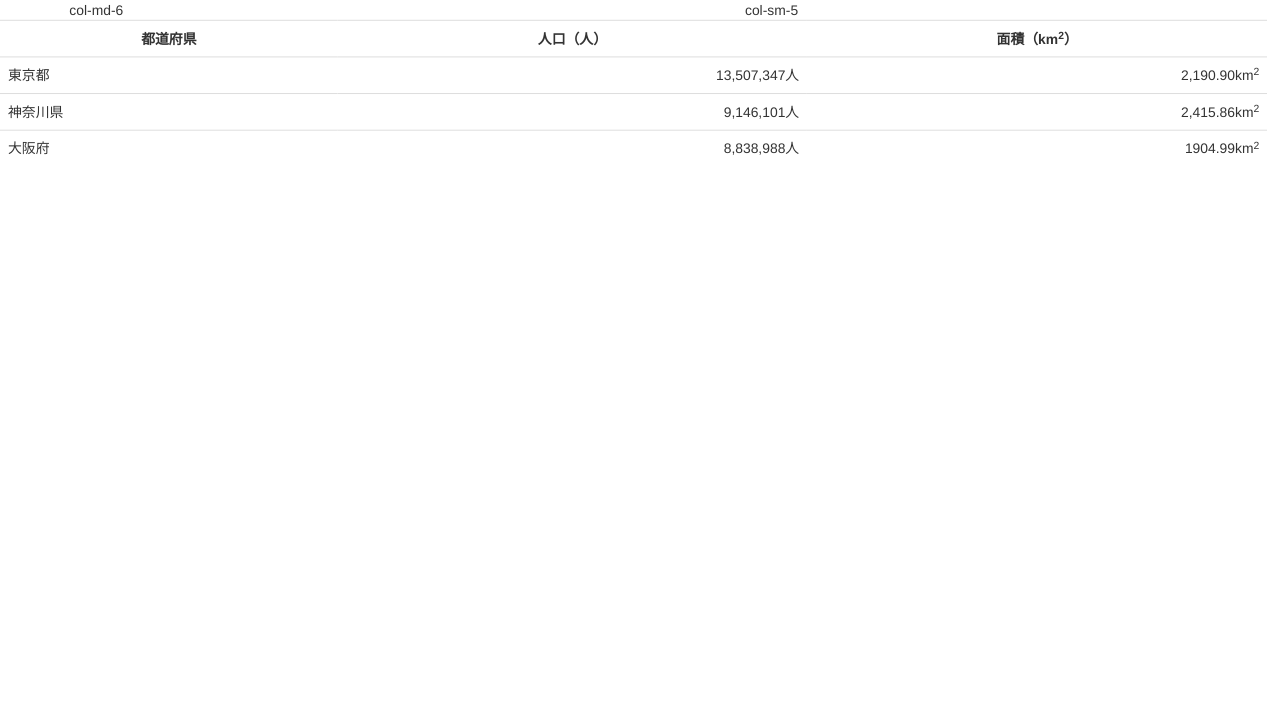
Repository: sakiko-koizumi/kadai-commit
Page: bootstrap_lesson.html
The author's editor kept a record of every edit. The page is drawn from the files as they stood at one moment, then again after the next edit.
The browser window is 1280 px wide. The page is 1280 px wide, then 1295 px, so the pictures cover 1295 px, including what lies to the right of the window. The pictures show the whole page, at 99% of full size.

Above is the page before.

### bootstrap_lesson.html
<!DOCTYPE html>
<html>
    <head>
        <meta charset="utf-8">
        <meta http-equiv="X-UA-Compatible" content="IE=edge">
        <meta name="viewport" content="width=device-width, initial-scale=1">

        <title>Grid System Test</title>

        <!-- Bootstrap CSS-->
        <link rel="stylesheet" href="https://maxcdn.bootstrapcdn.com/bootstrap/3.3.7/css/bootstrap.min.css">
        <!-- jQuery -->
        <script src="https://ajax.googleapis.com/ajax/libs/jquery/1.12.4/jquery.min.js"></script>
        <!-- Bootstrap JavaScript-->
        <script src="https://maxcdn.bootstrapcdn.com/bootstrap/3.3.7/js/bootstrap.min.js"></script>


    </head>
    <body>
        <div class="container">
            <div class="row">
                <div class="col-md-5">col-md-6</div>
               <div class="col-sm-offset-2 col-sm-5">col-sm-5</div>
            </div>
        </div>

        <table class="table">
    <tr>
        <th class="text-center">都道府県</th>
        <th class="text-center">人口（人）</th>
        <th class="text-center">面積（km<sup>2</sup>）</th>
    </tr>
    <tr>
        <td>東京都</td>
        <td class="text-right">13,507,347人</td>
        <td class="text-right">2,190.90km<sup>2</sup></td>
    </tr>
    <tr>
        <td>神奈川県</td>
        <td class="text-right">9,146,101人</td>
        <td class="text-right">2,415.86km<sup>2</sup></td>
    </tr>
    <tr>
        <td>大阪府</td>
        <td class="text-right">8,838,988人</td>
        <td class="text-right">1904.99km<sup>2</sup></td>
    </tr>
</table

    </body>
</html>

After the next edit:
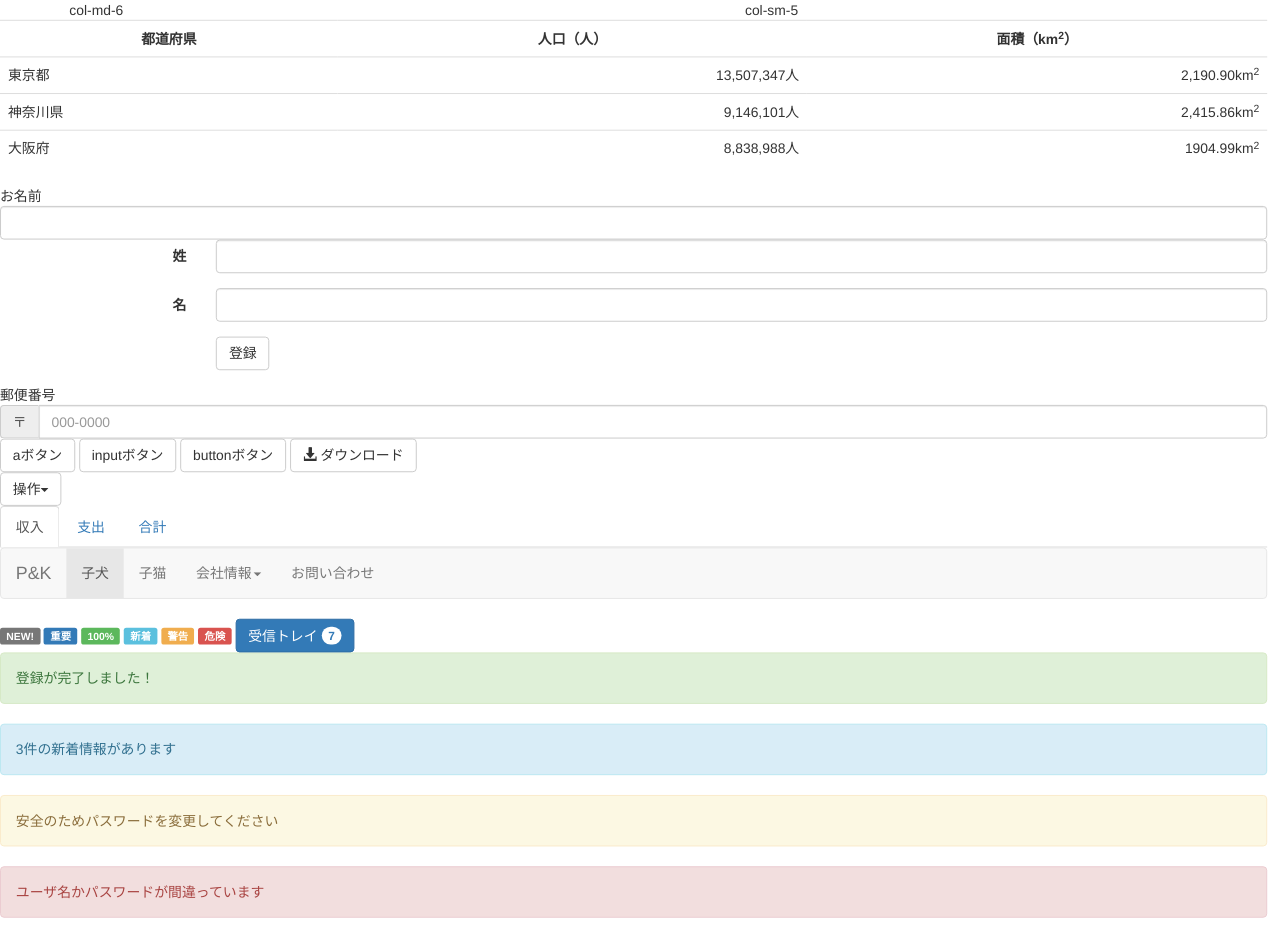
The edit:
--- a/bootstrap_lesson.html
+++ b/bootstrap_lesson.html
@@ -45,7 +45,125 @@
         <td class="text-right">8,838,988人</td>
         <td class="text-right">1904.99km<sup>2</sup></td>
     </tr>
-</table
+</table>
 
+<form>
+    お名前
+    <input type="text" class="form-control">
+</form>
+
+<form class="form-horizontal">
+  <!-- "form-group" expresses a row -->
+  <div class="form-group">
+    <label class="col-xs-2 control-label">姓</label>
+    <div class="col-xs-10">
+      <input type="text" class="form-control" name="lastname">
+    </div>
+  </div>
+
+  <!-- row -->
+  <div class="form-group">
+    <label class="col-xs-2 control-label">名</label>
+    <div class="col-xs-10">
+      <input type="text" class="form-control" name="
+      firstname">
+    </div>
+  </div>
+
+  <!-- row -->
+  <div class="form-group">
+    <div class="col-xs-offset-2 col-sm-10">
+      <button type="submit" class="btn btn-default">登録</button>
+    </div>
+  </div>
+</form>
+
+<form>
+  郵便番号
+  <div class="input-group">
+    <!-- left accessory -->
+    <span class="input-group-addon">〒</span>
+
+    <input type="text" class="form-control" placeholder="000-0000">
+  </div>
+</form>
+
+<a href="#" class="btn btn-default">aボタン</a>
+<input type="submit" class="btn btn-default" value="inputボタン">
+<button class="btn btn-default" type="submit">buttonボタン</button>
+
+<button type="button" class="btn btn-default">
+  <span class="glyphicon glyphicon-download-alt"></span>
+  ダウンロード
+</button>
+
+<div class="dropdown">
+  <button type="button" class="btn btn-default dropdown-toggle" data-toggle="dropdown">
+    操作<span class="caret"></span>
+  </button>
+  <!-- choices -->
+  <ul class="dropdown-menu">
+    <li><a href="#">返信</a></li>
+    <li><a href="#">転送</a></li>
+    <li role="separator" class="divider"></li>
+    <li><a href="#">削除</a></li>
+  </ul>
+</div>
+
+<ul class="nav nav-tabs">
+  <li class="active"><a href="#">収入</a></li>
+  <li><a href="#">支出</a></li>
+  <li><a href="#">合計</a></li>
+</ul>
+
+    <nav class="navbar navbar-default">
+  <div class="container-fluid">
+    <div class="navbar-header">
+      <!-- hamburger button which shows narrow width -->
+      <button type="button" class="navbar-toggle collapsed" data-toggle="collapse" data-target="#navbar">
+        <span class="icon-bar"></span>
+        <span class="icon-bar"></span>
+        <span class="icon-bar"></span>
+      </button>
+
+      <!-- link back to the home -->
+      <a class="navbar-brand" href="#">P&amp;K</a>
+    </div>
+
+    <!-- menu items -->
+    <div id="navbar" class="collapse navbar-collapse">
+      <ul class="nav navbar-nav">
+        <li class="active"><a href="#">子犬</a></li>
+        <li><a href="#">子猫</a></li>
+        <li class="dropdown">
+          <a href="#" class="dropdown-toggle" data-toggle="dropdown">会社情報<span class="caret"></span></a>
+          <ul class="dropdown-menu">
+            <li><a href="#">ビジョン</a></li>
+            <li><a href="#">会社概要</a></li>
+            <li><a href="#">地図</a></li>
+            <li><a href="#">沿革</a></li>
+          </ul>
+        </li>
+        <li><a href="#">お問い合わせ</a></li>
+      </ul>
+    </div><!-- /.navbar-collapse -->
+  </div><!-- /.container-fluid -->
+</nav>
+
+<span class="label label-default">NEW!</span>
+<span class="label label-primary">重要</span>
+<span class="label label-success">100%</span>
+<span class="label label-info">新着</span>
+<span class="label label-warning">警告</span>
+<span class="label label-danger">危険</span>
+
+<button class="btn btn-primary" type="button">
+  受信トレイ <span class="badge">7</span>
+</button>
+
+<div class="alert alert-success" role="alert">登録が完了しました！</div>
+<div class="alert alert-info" role="alert">3件の新着情報があります</div>
+<div class="alert alert-warning" role="alert">安全のためパスワードを変更してください</div>
+<div class="alert alert-danger" role="alert">ユーザ名かパスワードが間違っています</div>
     </body>
 </html>
